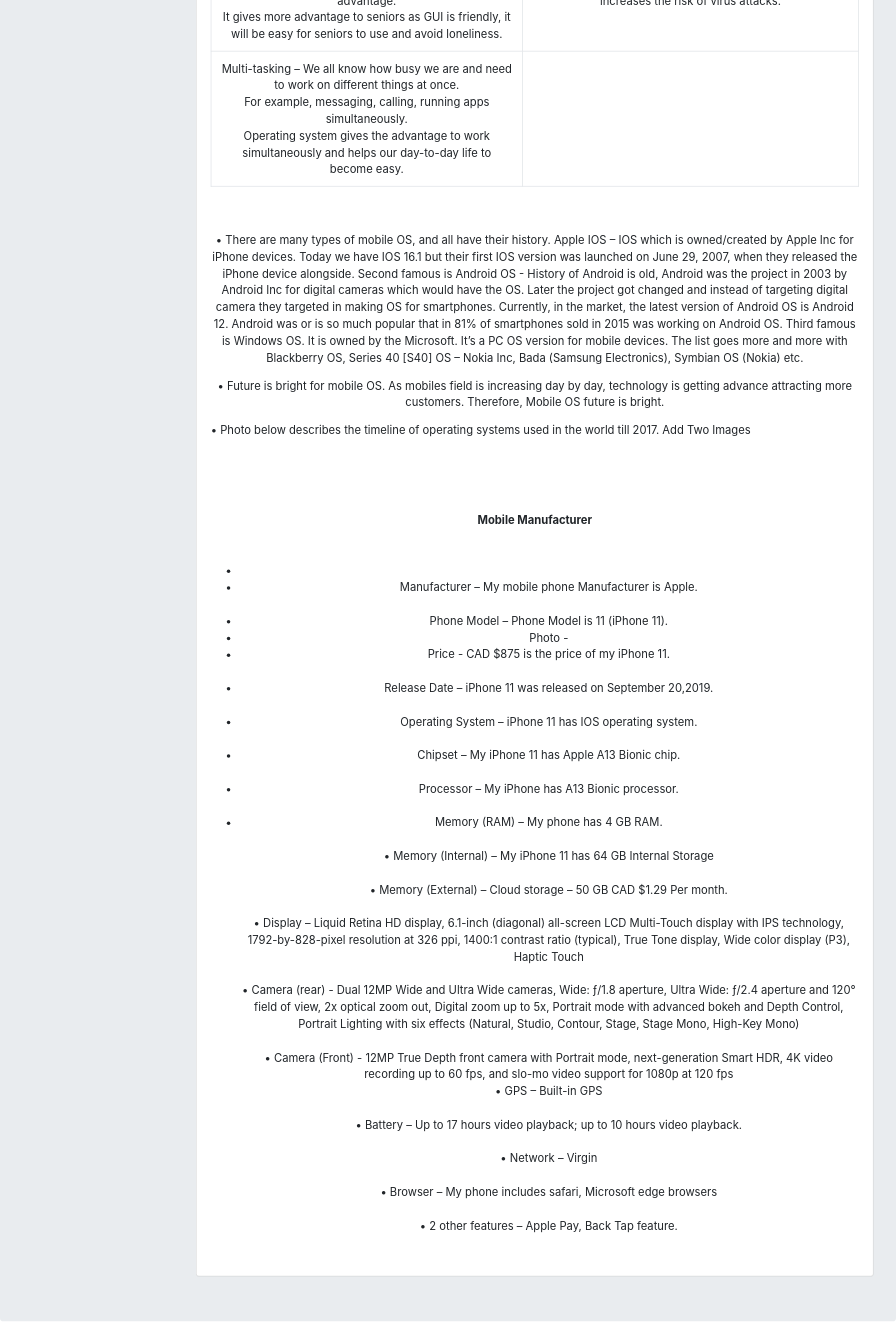
Repository: devanshudave1901/Mobile-Dev-Website
Page: labs.html
An editor plug-in stored every save of this project. The page is shown before and after the next save, followed by the edit.
The browser window is 1280 px wide. The pictures show the part of the page from y = 1701 to 3621 px (the page is 3621 px tall before and 3597 px after), at 70% of full size.
Some web libraries are served in a nearby version.

Above is the page before, as saved 2022-10-05 19:05:59.

After the next save:
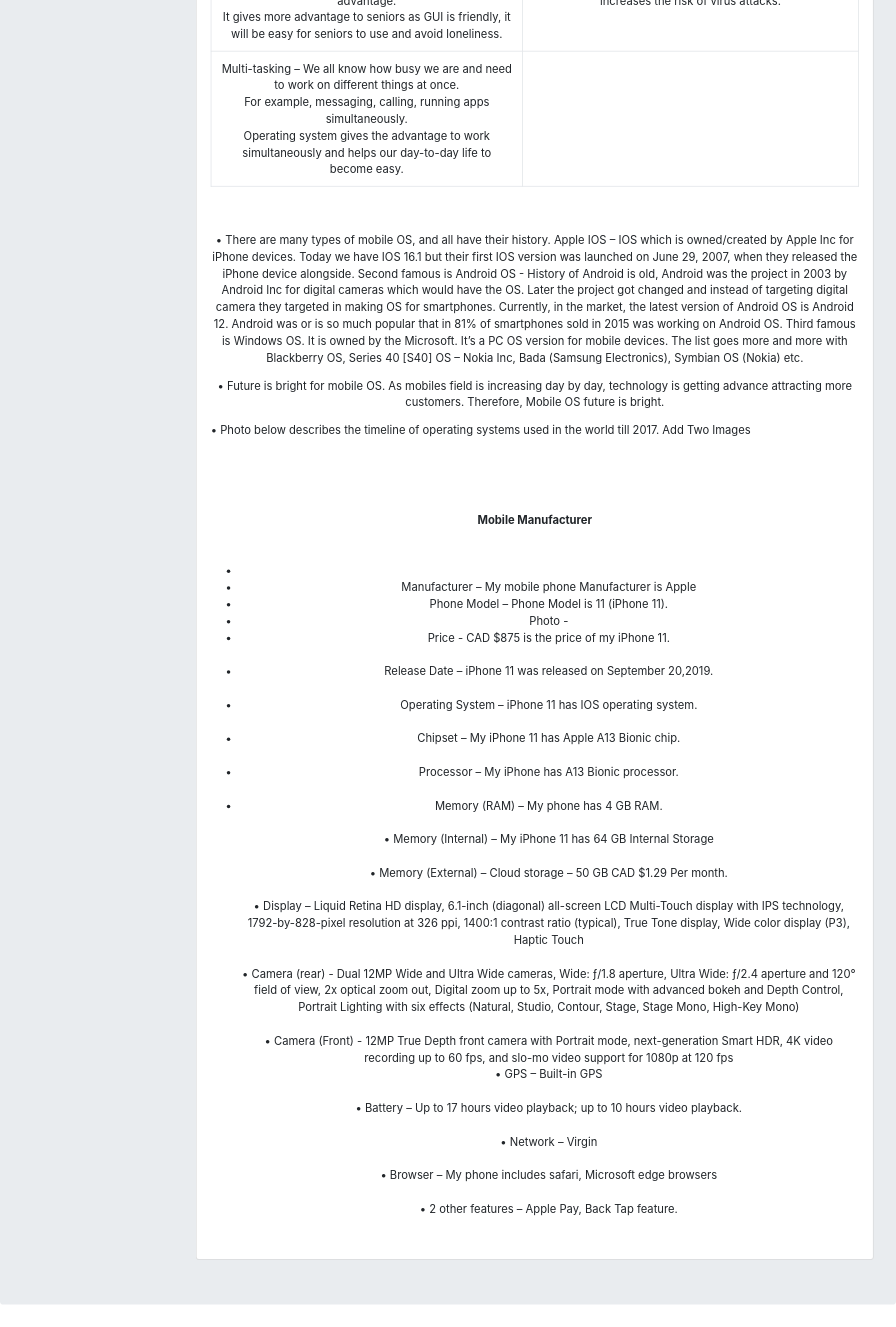
Saved 29 s later.
--- a/labs.html
+++ b/labs.html
@@ -266,7 +266,7 @@
                         <ul>
                             <li>
                                 <br/>
-                                <li> Manufacturer – My mobile phone Manufacturer is Apple.<br/>  <br/>   </li>
+                                <li> Manufacturer – My mobile phone Manufacturer is Apple</li>
                                 <li> Phone Model – Phone Model is 11 (iPhone 11). <br/> </li>
                                 <li> Photo -<br/>  </li>
                                 <li> Price -   CAD $875 is the price of my iPhone 11.<br/> </br> </li>
